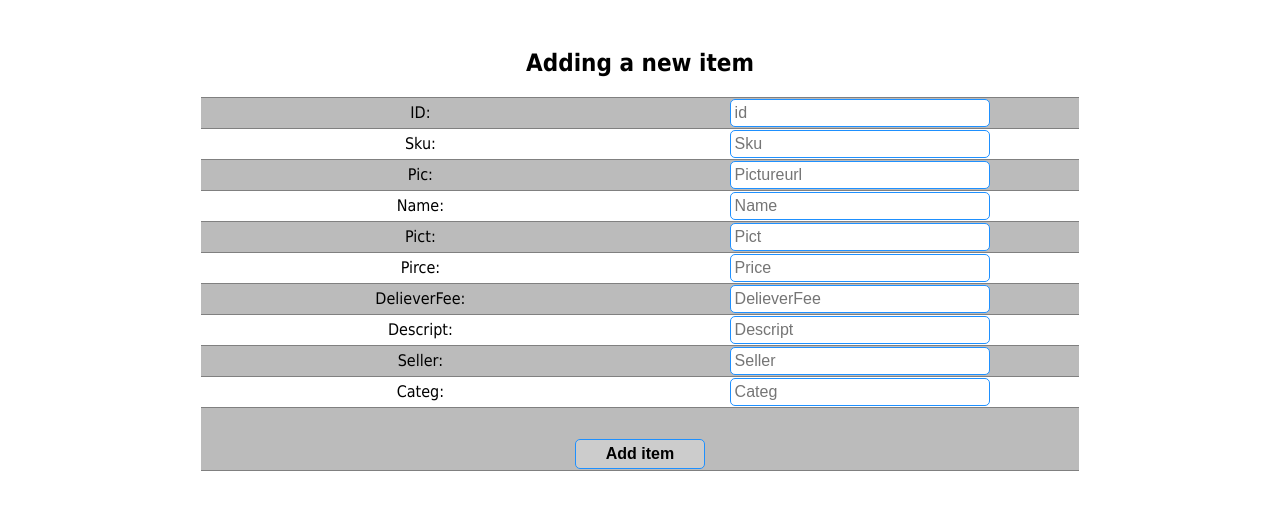
Repository: UnforgivenZZZ/bulldog
Page: http://localhost/bulldog/adding
These files come from the project's save history. The page is drawn as it stood at one moment and after the next save; the edit follows.
The browser window is 1280 px wide. The pictures show the whole page.
The page is served by Tomcat 9. Other server files are loaded and not shown.

Above is the page before, as saved 2017-07-13 01:58:31.

### bulldog/WebContent/addingitem.html
<!DOCTYPE html PUBLIC "-//W3C//DTD HTML 4.01 Transitional//EN" "http://www.w3.org/TR/html4/loose.dtd">
<html>
<head>
<meta http-equiv="Content-Type" content="text/html; charset=ISO-8859-1">
<title>Adding new item</title>
<link type="text/css" rel="stylesheet" href="css/add-products-style.css">
<link type="text/css" rel="stylesheet" href="css/style.css">
</head>
<body>

<!-- 	id,sku,pic,name,pict,price,delieverFee,descript,seller,categ,postDate -->
    <form action="adding" method="post">
        <table border="0" width="45%" align="center">


			<caption><h2>Adding a new item</h2></caption>


             <tr>
                <td width="50%">ID: </td>
                <td><input type="text" placeholder="id" name="_id"></td>
            </tr>
             <tr>
                <td width="50%">Sku: </td>
                <td><input type="text" placeholder="Sku" name="_Sku"></td>
            </tr>
            <tr>
                <td>Pic: </td>
                <td><input type="text" placeholder="Pictureurl" name="_Pictureurl"></td>
            </tr>
            <tr>
                <td>Name: </td>
                <td><input type="text" placeholder="Name" name="_Name"></td>
            </tr>
             <tr>
                <td>Pict: </td>
                <td><input type="text" placeholder="Pict" name="_Pict"></td>
            </tr>
             <tr>
                <td>Pirce: </td>
                <td><input type="text" placeholder="Price" name="_Price"></td>
            </tr>
            <tr>
                <td>DelieverFee: </td>
                <td><input type="text" placeholder="DelieverFee" name="_DelieverFee"></td>
            </tr>
            <tr>
                <td>Descript: </td>
                <td><input type="text" placeholder="Descript" name="_Descript"></td>
            </tr>
             <tr>
                <td>Seller: </td>
                <td><input type="text" placeholder="Seller" name="_Seller"></td>
            </tr>
            <tr>
                <td>Categ: </td>
                <td><input type="text" placeholder="Categ" name="_Categ"></td>
            </tr>



			<br/>

            <tr>
            <!-- change to onlick cannot proces if not working with duplicate -->
                <td colspan="2" align="center"><input type="Submit" value="Add item" class="save"/></td>
            </tr>
        </table>

    </form>
</body>
</html>

### bulldog/src/com/add/adding.java
package com.add;
import com.connection.*;
import java.io.IOException;

import javax.servlet.ServletContext;
import javax.servlet.ServletException;
import javax.servlet.annotation.WebServlet;
import javax.servlet.http.HttpServlet;
import javax.servlet.http.HttpServletRequest;
import javax.servlet.http.HttpServletResponse;
import java.sql.*;
import net.codejava.email.*;

/**
 * Servlet implementation class register
 */
@WebServlet("/adding")
public class adding extends HttpServlet {
	private static final long serialVersionUID = 1L;
	private Connection con;
	private static final String qry = "INSERT INTO products(id,sku,pic,name,pict,price,delieverFee,descript,seller,categ) "+
			" VALUES(?,?,?,?,?,?,?,?,?,?) ";

    private String host;
    private String port;
    private String user;
    private String pass;

    /**
     * @see HttpServlet#HttpServlet()
     */
    public adding() {
        super();
        // TODO Auto-generated constructor stub
		con = ConnectionManager.getConnection();

    }

    public void init() {
        // reads SMTP server setting from web.xml file
        ServletContext context = getServletContext();
        host = context.getInitParameter("host");
        port = context.getInitParameter("port");
        user = context.getInitParameter("user");
        pass = context.getInitParameter("pass");
    }

	/**
	 * @see HttpServlet#doGet(HttpServletRequest request, HttpServletResponse response)
	 */
	protected void doGet(HttpServletRequest request, HttpServletResponse response) throws ServletException, IOException {
		// TODO Auto-generated method stub
		request.getRequestDispatcher("/addingitem.html").forward(request, response);
	}

	/**
	 * @see HttpServlet#doPost(HttpServletRequest request, HttpServletResponse response)
	 */
	protected void doPost(HttpServletRequest request, HttpServletResponse response) throws ServletException, IOException {
		// TODO Auto-generated method stub
		PreparedStatement ps = null;

		//id,sku,pic,name,pict,price,delieverFee,descript,seller,categ,postDate
		int id = Integer.parseInt(request.getParameter("_id"));
		String sku = request.getParameter("_Sku").toString();
		String picurl = request.getParameter("_Pictureurl").toString();
		String name = request.getParameter("_Name").toString();
		String pict = request.getParameter("_Pict").toString();
		double price =  Double.parseDouble(request.getParameter("_Price"));
		double DelieverFee = Double.parseDouble(request.getParameter("_DelieverFee"));
		String Descript = request.getParameter("_Descript").toString();
		int Seller =Integer.parseInt( request.getParameter("_Seller").toString());
		int Categ = Integer.parseInt(request.getParameter("_Categ").toString());
;

		try{
			con.setAutoCommit(false);
			ps = con.prepareStatement(qry);
			ps.setInt(1, id);
			ps.setString(2, sku);
			ps.setString(3, picurl);
			ps.setString(4, name);
			ps.setString(5, pict);
			ps.setDouble(6, price);
			ps.setDouble(7, DelieverFee);
			ps.setString(8, Descript);
			ps.setInt(9, Seller);
			ps.setInt(10, Categ);
			ps.executeUpdate();
			con.commit();


		}catch(Exception ex){
			System.out.println(ex.getMessage());
		}finally{
			try{
				con.setAutoCommit(true);
				ps.close();
			}catch(Exception ex){
				System.out.println(ex.getMessage());

			}
		}
	}

}

### bulldog/src/com/connection/ConnectionManager.java
package com.connection;

import java.sql.Connection;
import javax.naming.Context;
import javax.naming.InitialContext;
import javax.sql.DataSource;

public class ConnectionManager {
	private static final String INIT_LOOOKUP = "java:comp/env";
	private static final String DB_LOOKUP = "jdbc/shoppingAppDB";
	public static Connection con = null;

	public ConnectionManager(){
	}

	public static Connection getConnection() {
		try {
			Context initContext = new InitialContext();
            Context envContext = (Context) initContext.lookup(INIT_LOOOKUP);
            DataSource ds = (DataSource) envContext.lookup(DB_LOOKUP);
            con = ds.getConnection();
//            con.setAutoCommit(false);
		} catch(Exception e) {
			e.printStackTrace();
		}
		return con;
	}

	public static void closeConnection(Connection con) {
		try {
			if(con != null) {
				con.close();
			}
		} catch(Exception e) {
			e.printStackTrace();
		}
	}
}

### bulldog/WebContent/css/add-products-style.css
form {
	margin-top: 10px;
}

label {
	font-size: 16px;
	width: 100px;
	display: block;
	text-align: right;
	margin-right: 10px;
	margin-top: 8px;
	margin-bottom: 8px;
}

input {
	width: 250px;
	border: 1px solid 	#1E90FF;
	border-radius: 5px;
	padding: 4px;
	font-size: 16px;
}

.save {
	font-weight: bold;
	width: 130px;
	padding: 5px 10px;
	margin-top: 30px;
	background: #cccccc;
}

table {
	border-style:none;
	width:50%;
}

tr:nth-child(even) {background:#4169E1}
tr:nth-child(odd) {background: #4169E1}

tr {
	border-style:none;
	text-align:left;
}

### bulldog/WebContent/css/style.css
html, body{
	margin-left:15px; margin-right:15px;
	padding:0px;
	font-family:Verdana, Arial, Helvetica, sans-serif;
}

table {
	border-collapse:collapse;
	border-bottom:1px solid gray;
	font-family: Tahoma,Verdana,Segoe,sans-serif;
	width:72%;
}

th {
	border-bottom:1px solid gray;
	background:none repeat scroll 0 0 #0775d3;
	padding:10px;
	color: #FFFFFF;
}

tr {
	border-top:1px solid gray;
	text-align:center;
}

tr:nth-child(even) {background: #FFFFFF}
tr:nth-child(odd) {background: #BBBBBB}

#wrapper {width: 100%; margin-top: 0px; }
#header {width: 70%; background: #0775d3; margin-top: 0px; }
#header h2 {width: 100%; margin:auto; color: #FFFFFF;}
#container {width: 100%; margin:auto}
#container h3 {color: #000;}
#container #content {margin-top: 20px;}

.add-student-button {
	border: 1px solid #666;
	border-radius: 5px;
	padding: 4px;
	font-size: 12px;
	font-weight: bold;
	width: 120px;
	padding: 5px 10px;

	margin-bottom: 15px;
	background: #cccccc;
}

After the next save:
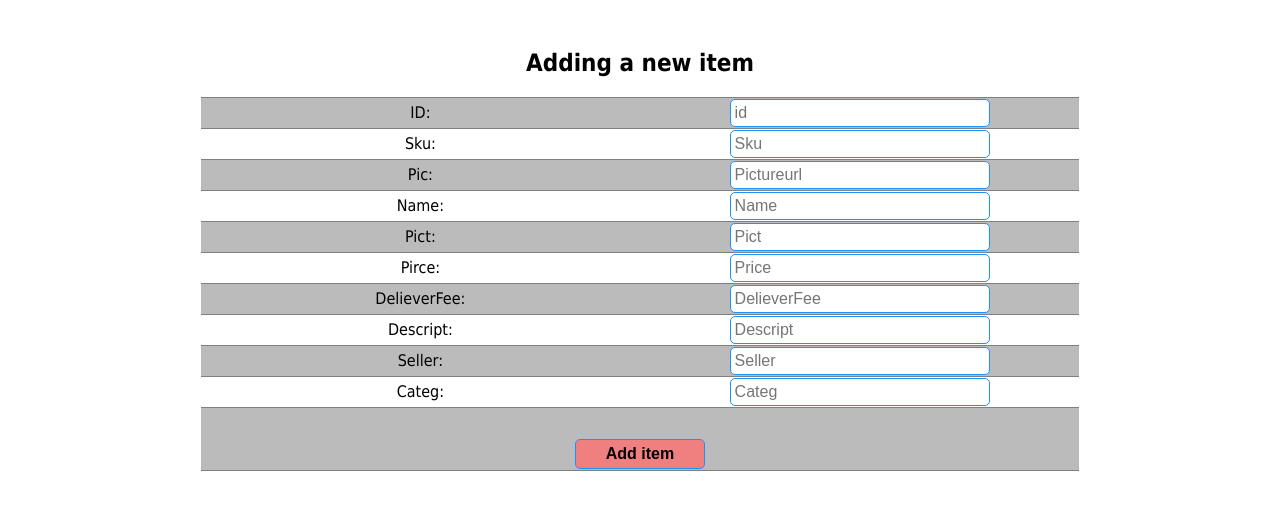
Saved 41 s later.
--- a/bulldog/WebContent/css/add-products-style.css
+++ b/bulldog/WebContent/css/add-products-style.css
@@ -25,7 +25,7 @@ input {
 	width: 130px;
 	padding: 5px 10px;
 	margin-top: 30px;
-	background: #cccccc;
+	background: #F08080;
 }
 
 table {
